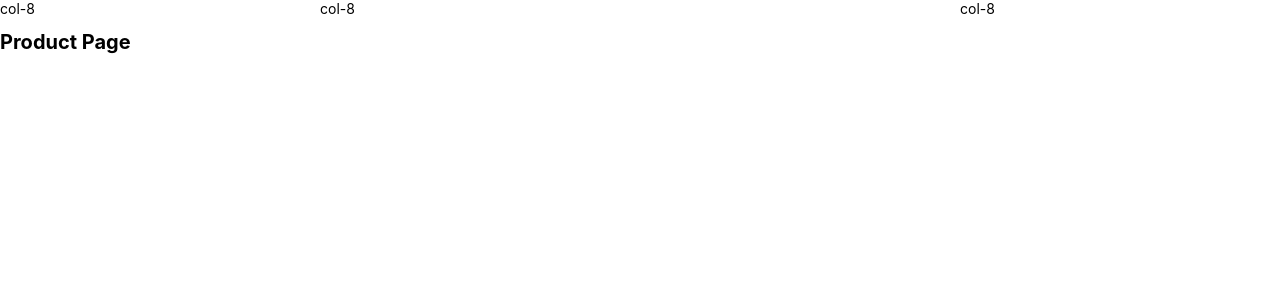
Repository: manhhieu120499/E-Commerce
Page: /product
These files come from the project's save history. The page is drawn as it stood at one moment and after the next save; the edit follows.
The browser window is 1280 px wide. The pictures show the whole page.
The project was rebuilt for these pictures with package versions that can differ from the ones it lists, and the page was loaded fresh each time. Also part of the build but not shown: src/pages/home/Home.js, src/pages/order/Order.js, src/pages/notFound/NotFound.js, src/layouts/NormalLayout/NormalLayout.js.

Above is the page before, as saved 2024-12-31 18:01:12.

After the next save:
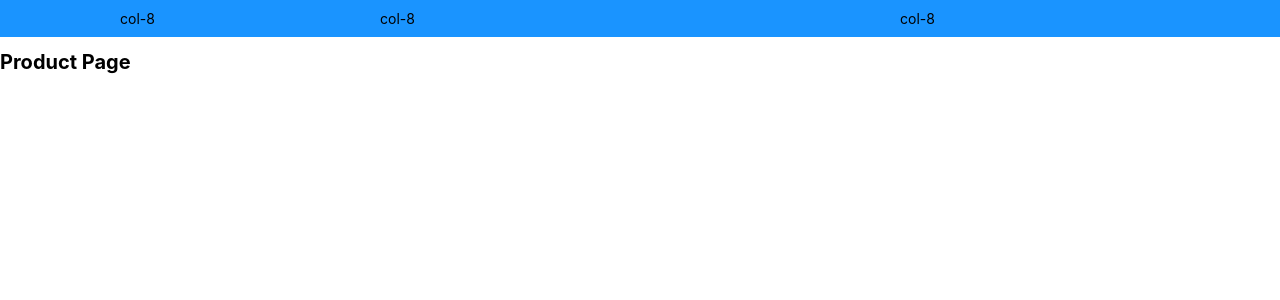
Saved 58 s later.
--- a/src/components/Header/Header.js
+++ b/src/components/Header/Header.js
@@ -1,11 +1,14 @@
 import { Col, Row } from "antd";
+import { HeaderStyle } from "./HeaderStyle";
 
 export default function Header({ children }) {
   return (
-    <Row>
-      <Col span={6}>col-8</Col>
-      <Col span={12}>col-8</Col>
-      <Col span={6}>col-8</Col>
-    </Row>
+    <div>
+      <HeaderStyle>
+        <Col span={6}>col-8</Col>
+        <Col span={12}>col-8</Col>
+        <Col span={6}>col-8</Col>
+      </HeaderStyle>
+    </div>
   );
 }
